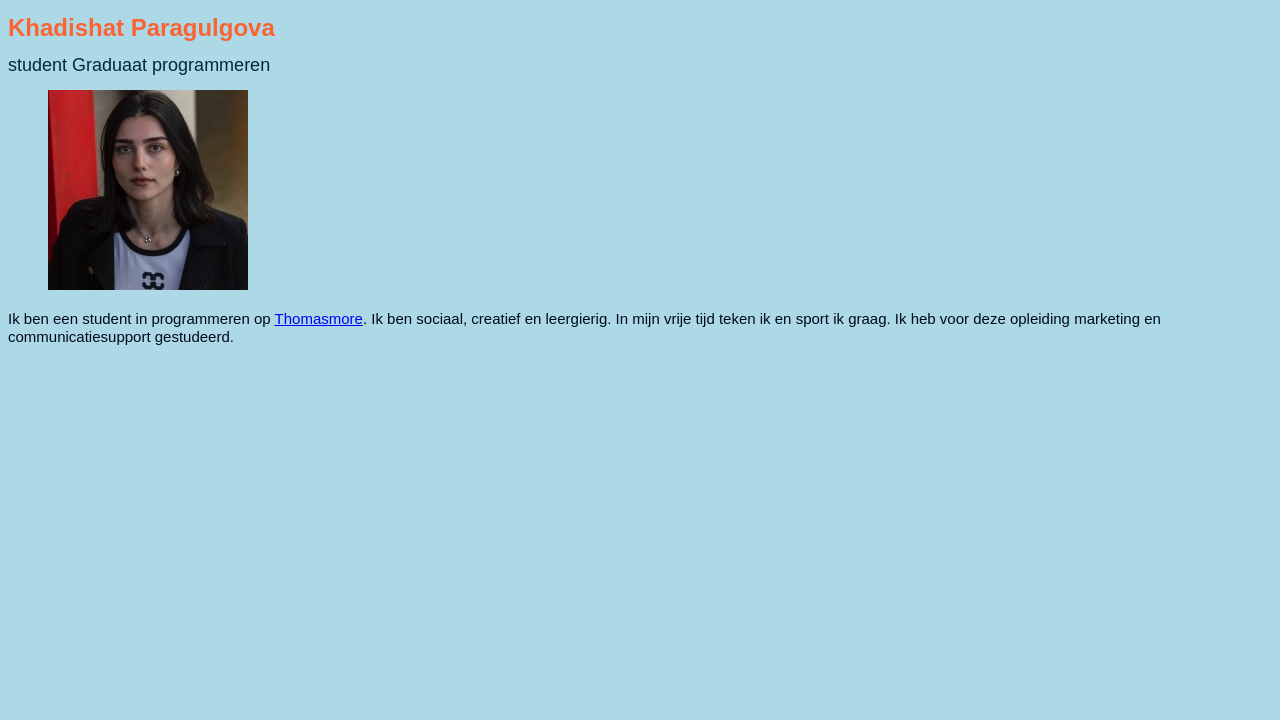
Repository: khadishat00/portfolio
Page: index.html
These files come from the project's save history. The page is drawn as it stood at one moment and after a run of saves; the edit follows.
The browser window is 1280 px wide. The pictures show the whole page.

Above is the page before, as saved 2026-09-24 14:43:50.

After the next 2 saves:
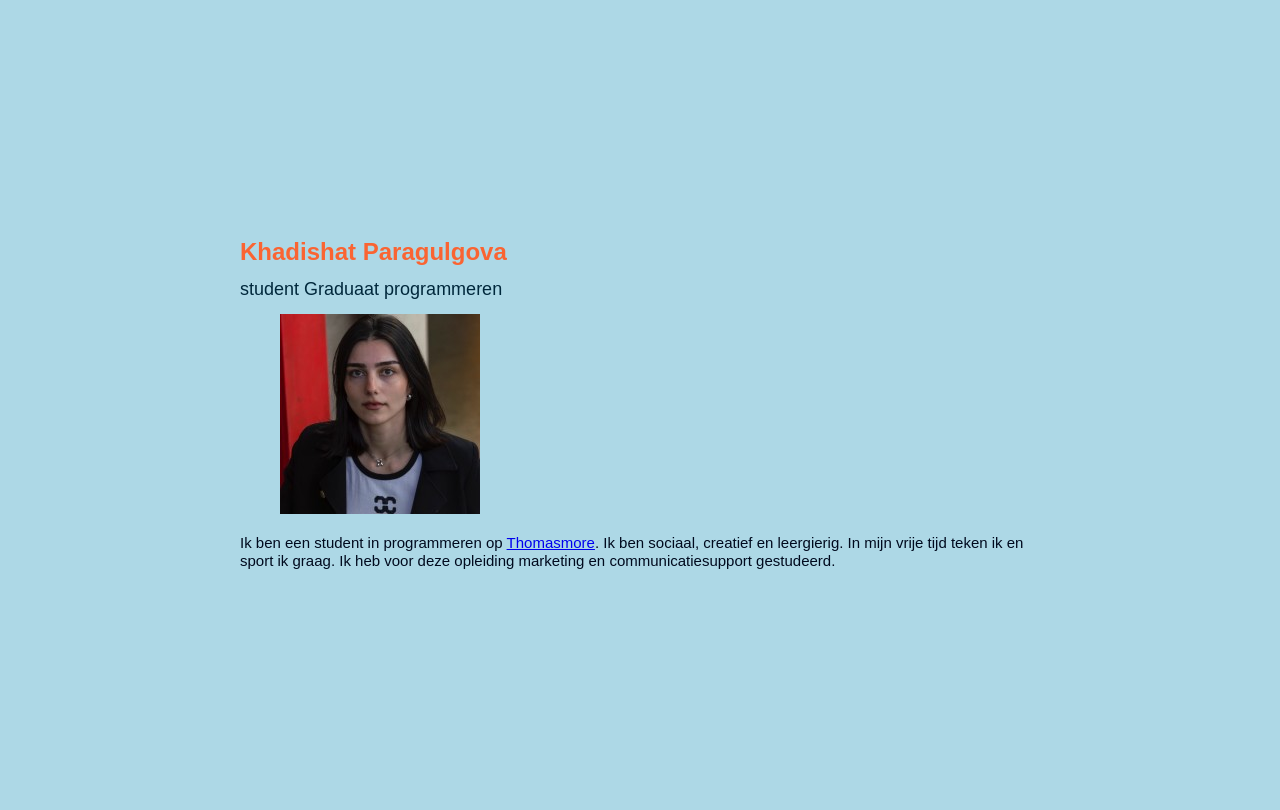
The 2 saves are shown as one change because they came seconds apart.
The last was saved 7 s later.
--- a/index.html
+++ b/index.html
@@ -11,7 +11,7 @@
     }
     body{
         background-color: lightblue;
-        margin: ;
+        margin: 15rem ;
     }
     h1 {
       font-family: "Century Gothic", sans-serif;
